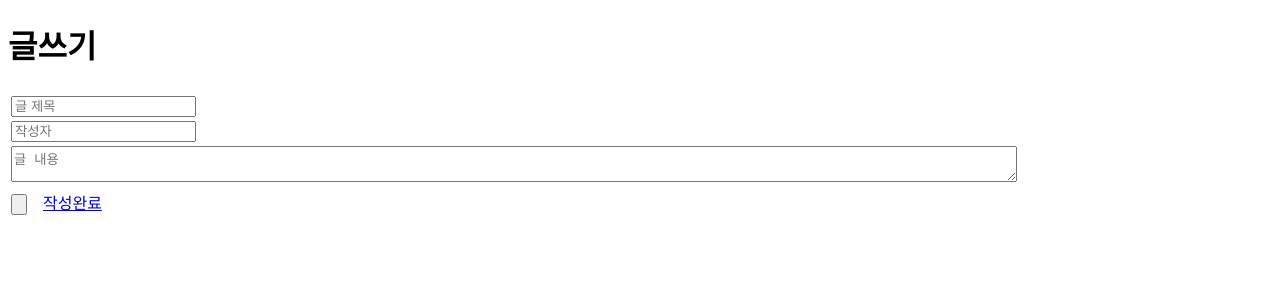
Repository: jsy8315/KOPO_SPRING
Page: http://localhost/jsp_assignFinal/write_view.jsp
These files come from the project's save history. The page is drawn as it stood at one moment and after the next save; the edit follows.
The browser window is 1280 px wide. The pictures show the whole page.
The page is served by Tomcat 10.

Above is the page before, as saved 2023-06-29 07:03:10.

After the next save:
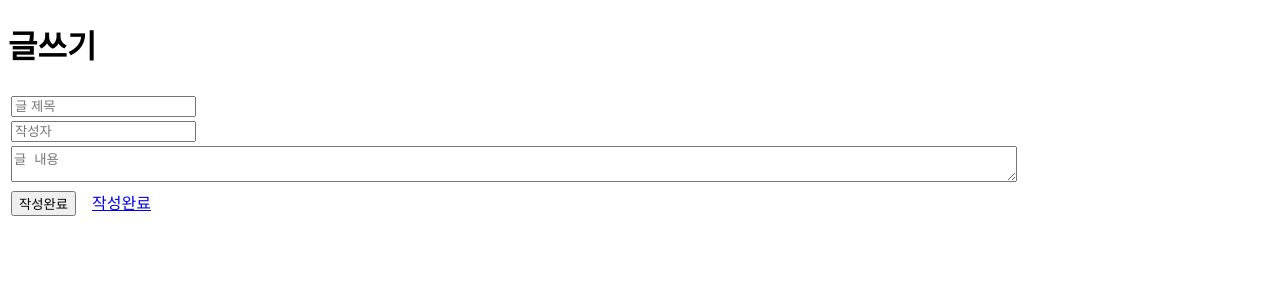
Saved 3 min 25 s later.
--- a/jsp_assignFinal/src/main/webapp/write_view.jsp
+++ b/jsp_assignFinal/src/main/webapp/write_view.jsp
@@ -27,7 +27,7 @@
         			<td><textarea class="form-control" placeholder="글 내용" name="bContent" maxlength="1000" style="width:1000px;, height: 500px;"></textarea></td>
         		</tr>
         		<tr>
-					<td colspan="2"> <input type="submit" value=""> &nbsp;&nbsp; <a href="list.do">작성완료</a></td>
+					<td colspan="2"> <input type="submit" value="작성완료"> &nbsp;&nbsp; <a href="list.do">작성완료</a></td>
 				</tr>
         	</tbody>
         </table>
